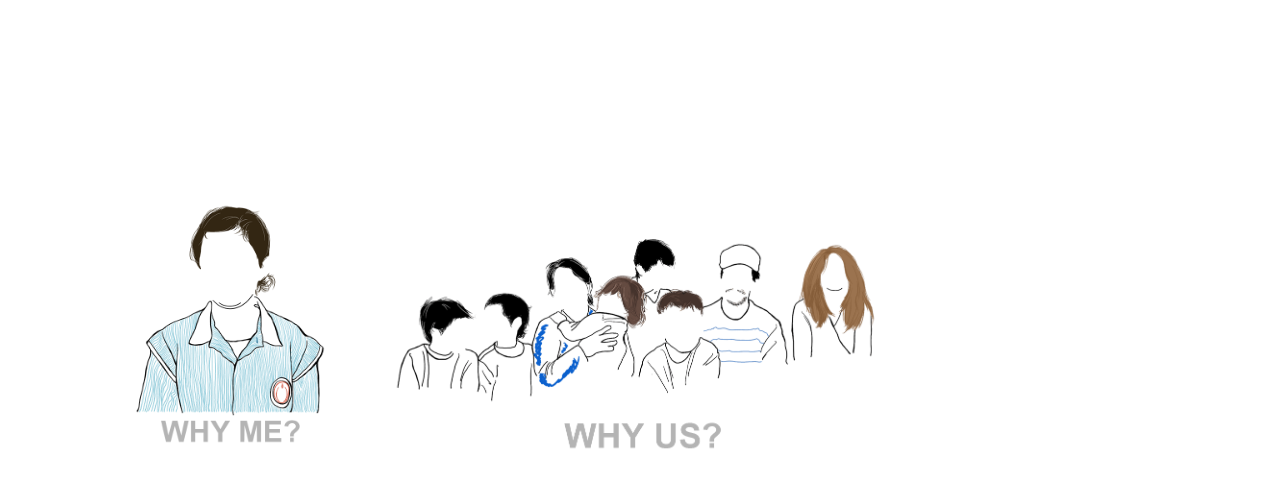
Repository: Lettie123/webpr4
Page: 04.html
An editor plug-in stored every save of this project. The page is shown before and after the next save, followed by the edit.
The browser window is 1280 px wide. The pictures show the whole page.

Above is the page before, as saved 2020-11-23 23:57:31.

After the next save:
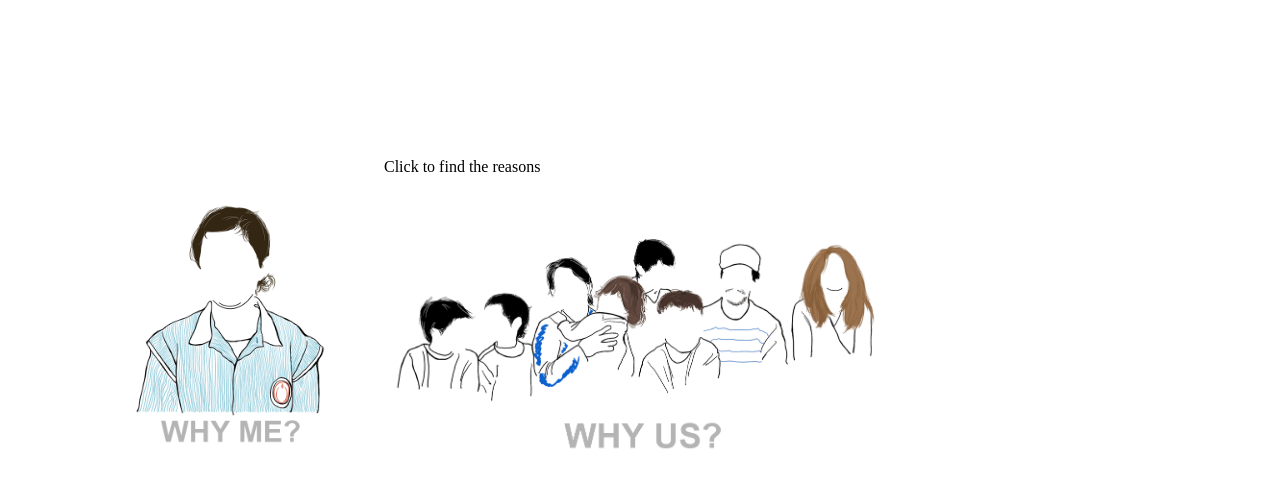
Saved 3 min 0 s later.
--- a/04.html
+++ b/04.html
@@ -19,4 +19,12 @@
                 <img src="pepic/r02.png" style="width:100%">
             </span>
         </div>
+
+        <div id="txt">
+            <div id="t1" style= "position:absolute; top: 20%; left: 30%;">
+            <h1 style="font-size:16px; font-weight: normal; line-height: 24px;">
+                Click to find the reasons
+            </h1>
+            </div>
+         </div>
     </body>
